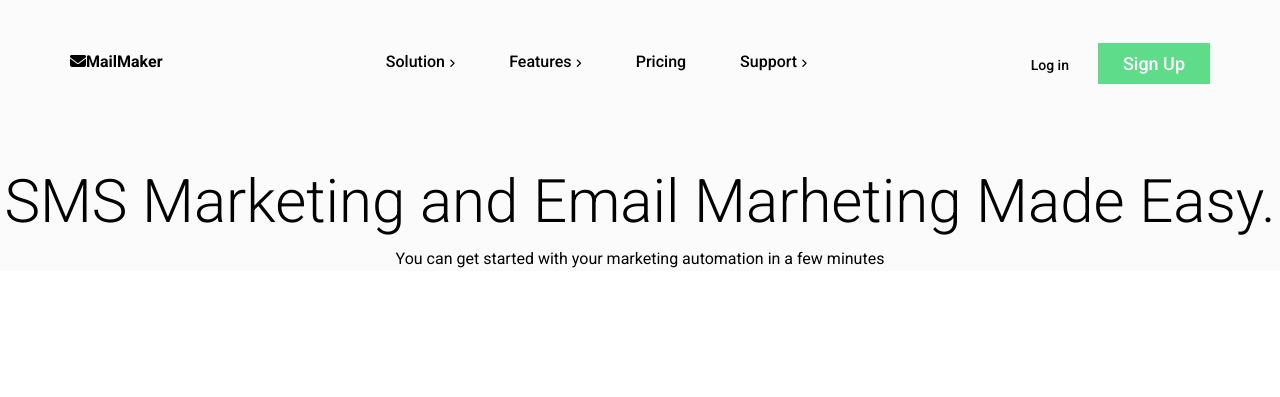
Repository: phanhuy16/Folder
Page: sign/index.html
These files come from the project's save history. The page is drawn as it stood at one moment and after the next save; the edit follows.
The browser window is 1280 px wide. The pictures show the whole page.

Above is the page before, as saved 2023-04-29 20:40:39.

After the next save:
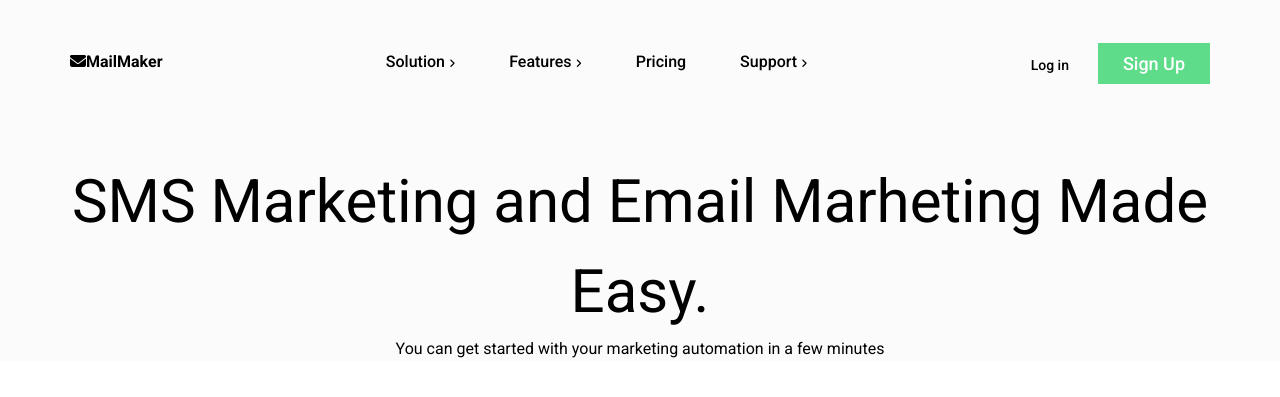
Saved 4 s later.
--- a/sign/main.css/style.css
+++ b/sign/main.css/style.css
@@ -73,7 +73,7 @@
 }
 .heading {
     font-size: 60px;
-    font-weight: 200;
+    font-weight: 400;
     display:-webkit-box;
     -webkit-line-clamp:2;
     -webkit-box-orient: vertical;
